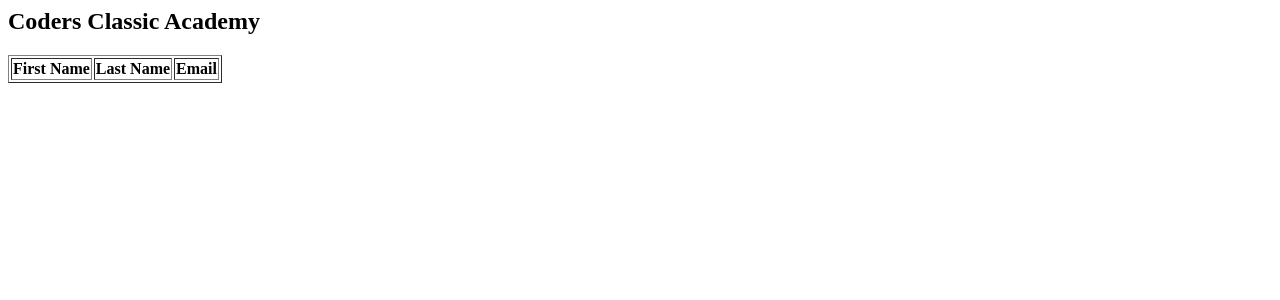
Repository: mangeshgayakwad2020/jsp_servlet
Page: http://localhost/StudentCrudDemo/StudentControllerServlet
An editor plug-in stored every save of this project. The page is shown before and after the next save, followed by the edit.
The browser window is 1280 px wide. The pictures show the whole page.
The page is served by Tomcat 9. Other server files are loaded and not shown. Queries for data that is not in the repository find no rows.

Above is the page before, as saved 2019-08-22 13:13:24.

### StudentCrudDemo/WebContent/list-students.jsp
<%@page import="com.greatdigitallab.web.jdbc.Student"%>
<%@page import="java.util.List"%>

<html>

<head>
	<title>Student Crud Demo</title>
</head>

<%
	// get the students from the request object (sent by servlet)
	List<Student> students = (List<Student>) request.getAttribute("students");
%>

<body>

	<div id="wrapper">
		<div id="header">
			<h2>Coders Classic Academy</h2>
		</div>
	</div>

	<div id="container">
		<div id="content">
			<table border="1">
				<tr>
					<th>First Name</th>
					<th>Last Name</th>
					<th>Email</th>
				</tr>

				<% for(Student student : students) { %>
					<tr>
						<td><%= student.getFirstName() %></td>
						<td><%= student.getLastName() %></td>
						<td><%= student.getEmail() %></td>
					</tr>
				<% } %>
			</table>
		</div>
	</div>
</body>

</html>

### StudentCrudDemo/src/com/greatdigitallab/web/jdbc/StudentControllerServlet.java
package com.greatdigitallab.web.jdbc;

import java.util.List;

import javax.annotation.Resource;
import javax.servlet.RequestDispatcher;
import javax.servlet.ServletException;
import javax.servlet.annotation.WebServlet;
import javax.servlet.http.HttpServlet;
import javax.servlet.http.HttpServletRequest;
import javax.servlet.http.HttpServletResponse;
import javax.sql.DataSource;

/**
 * Servlet implementation class StudentControllerServlet
 */
@WebServlet("/StudentControllerServlet")
public class StudentControllerServlet extends HttpServlet {
	private static final long serialVersionUID = 1L;

	private StudentDBUtil studentDbUtil;

	@Resource(name = "jdbc/student_crud_db")
	private DataSource dataSource;

	@Override
	public void init() throws ServletException {
		super.init();

		// create our student db util.. and pass in the conn pool / datasource
		try {
			studentDbUtil = new StudentDBUtil(dataSource);
		}catch(Exception exc) {
			throw new ServletException(exc);
		}
	}

	/**
	 * @throws ServletException
	 * @see HttpServlet#doGet(HttpServletRequest request, HttpServletResponse response)
	 */
	protected void doGet(HttpServletRequest request, HttpServletResponse response) throws ServletException {

		try {
			// List the student in MVC pattern
			listStudents(request, response);
		}catch (Exception e) {
			throw new ServletException(e);
		}

	}

	private void listStudents(HttpServletRequest request, HttpServletResponse response) throws Exception {

		// get students from DB util
		List<Student> students = studentDbUtil.getStudents();

		// add students to the request
		request.setAttribute("students", students);

		// send to JSP page (view)
		RequestDispatcher dispatcher = request.getRequestDispatcher("/list-students.jsp");
		dispatcher.forward(request, response);
	}

}

### StudentCrudDemo/WebContent/css/style.css
html, body{
	margin-left:15px; margin-right:15px;
	padding:0px;
	font-family:Verdana, Arial, Helvetica, sans-serif;
}

table {
	border-collapse:collapse;
	border-bottom:1px solid gray;
	font-family: Tahoma,Verdana,Segoe,sans-serif;
	width:72%;
}

th {
	border-bottom:1px solid gray;
	background:none repeat scroll 0 0 #0775d3;
	padding:10px;
	color: #FFFFFF;
}

tr {
	border-top:1px solid gray;
	text-align:center;
}

tr:nth-child(even) {background: #FFFFFF}
tr:nth-child(odd) {background: #BBBBBB}

#wrapper {width: 100%; margin-top: 0px; }
#header {width: 72%; background: #0775d3; margin-top: 0px; padding:15px 0px 15px 0px;}
#header h2 {width: 100%; margin:auto; color: #FFFFFF;}
#container {width: 100%; margin:auto}
#container h3 {color: #000;}
#container #content {margin-top: 20px;}

.add-student-button {
	border: 1px solid #666;
	border-radius: 5px;
	padding: 4px;
	font-size: 12px;
	font-weight: bold;
	width: 120px;
	padding: 5px 10px;

	margin-bottom: 15px;
	background: #cccccc;
}

After the next save:
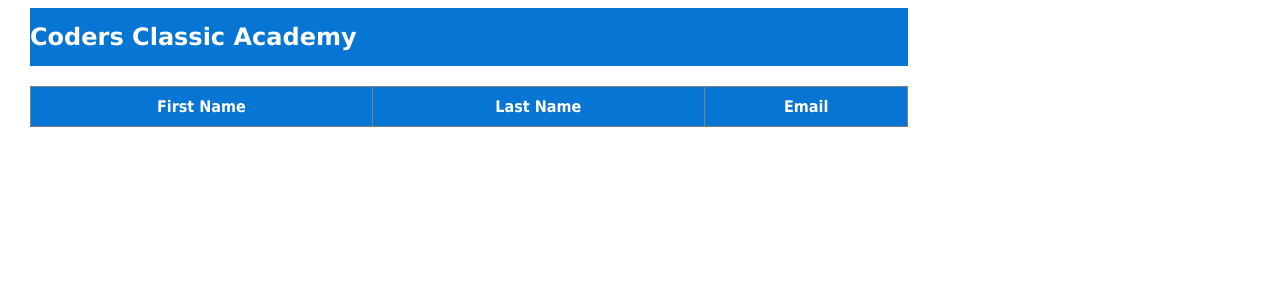
Saved 5 min 20 s later.
--- a/StudentCrudDemo/WebContent/list-students.jsp
+++ b/StudentCrudDemo/WebContent/list-students.jsp
@@ -5,6 +5,7 @@
 
 <head>
 	<title>Student Crud Demo</title>
+	<link type="text/css" rel="stylesheet" href="css/style.css">
 </head>
 
 <%
